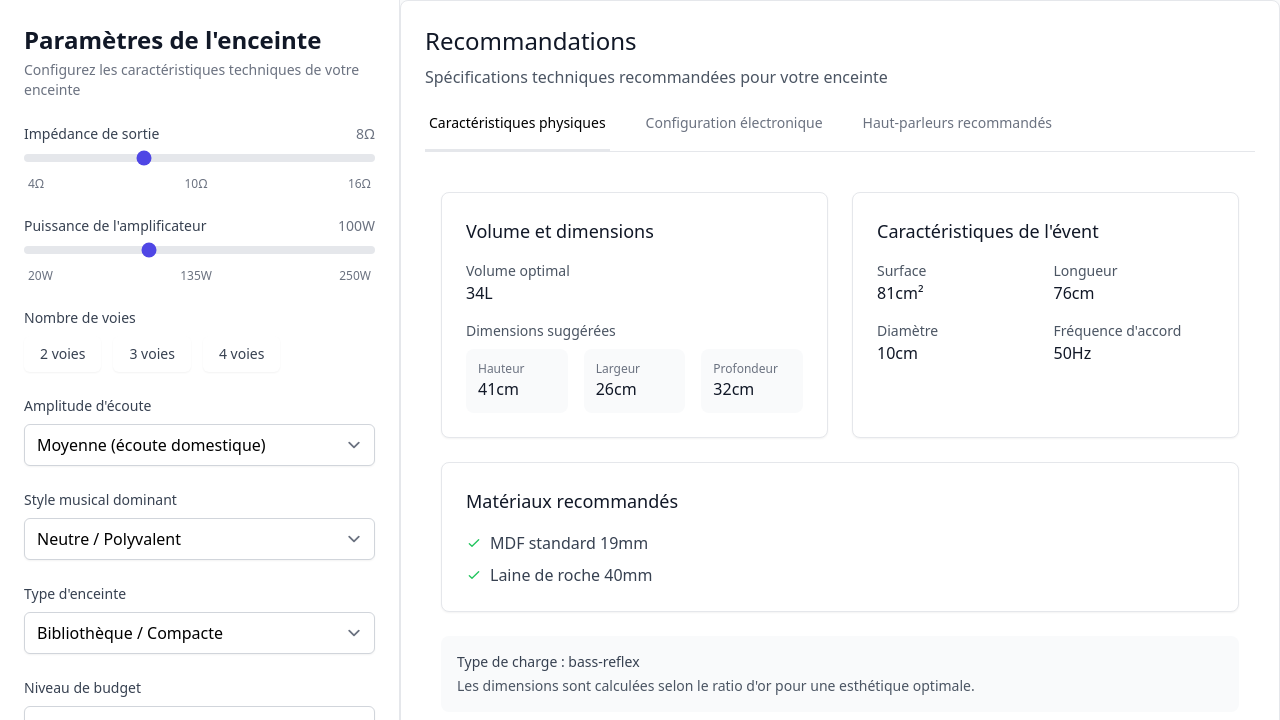
Repository: flobutbut/AcuoTune
Page: /
These files come from the project's save history. The page is drawn as it stood at one moment and after a run of saves; the edit follows.
The browser window is 1280 px wide. The pictures show the whole page.
The project was rebuilt for these pictures with package versions that can differ from the ones it lists, and the page was loaded fresh each time. Also part of the build but not shown: vite.config.ts, src/utils/calculations/electronic.ts, src/utils/calculations/frequency-response.ts, src/components/configurateur/FrequencyResponseChart.vue, src/components/configurateur/recommendations/ElectronicTab.vue, src/components/configurateur/recommendations/SpeakersTab.vue.

Above is the page before, as saved 2025-02-28 15:18:26.

After the next 3 saves:
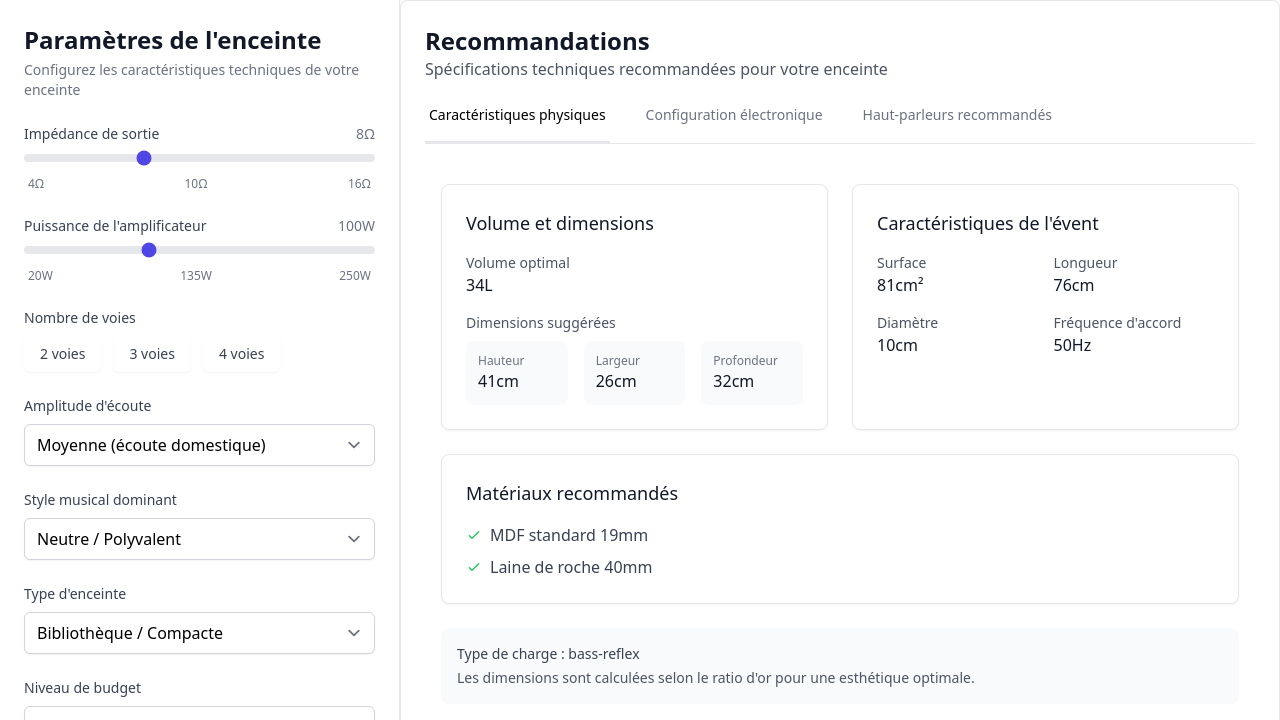
The 3 saves are shown as one change because 1 did not build or start and some came seconds apart.
The last was saved 8 min 19 s later.
--- a/src/components/configurateur/RecommendationsPanel.vue
+++ b/src/components/configurateur/RecommendationsPanel.vue
@@ -57,7 +57,8 @@ const speakerRecommendations = [
 <template>
   <div class="w-full bg-white rounded-lg shadow-sm border border-gray-200">
     <div class="p-6">
-      <h2 class="text-2xl font-medium text-gray-900 mb-2">Recommandations</h2>
+
+      <h2 class="text-2xl font-bold text-gray-900">Recommandations</h2>
       <p class="text-gray-600 mb-6">Spécifications techniques recommandées pour votre enceinte</p>
 
       <!-- Onglets -->
